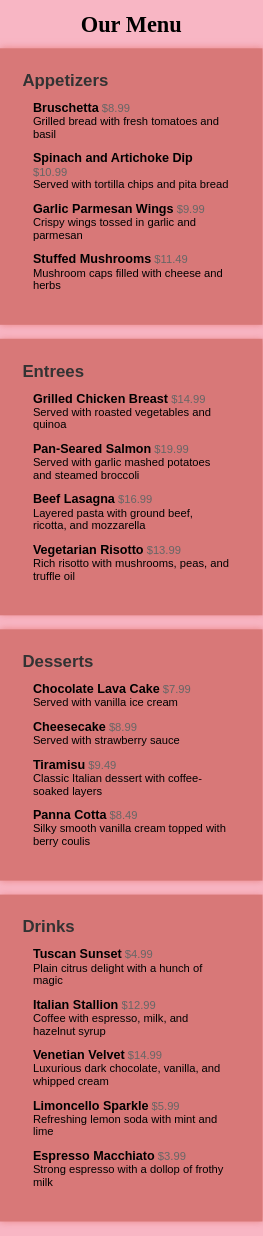
Repository: S12ahana/Food-Ordering-Website
Page: project1/Menu.html
The author's editor kept a copy of each file at every save. The page is drawn from the files as they stood at one save, then again after the next save.
The browser window is 375 px wide. The pictures show the part of the page from y = 0 to 2240 px (the page is 1766 px tall before and 2820 px after), at 70% of full size.

Above is the page before, as saved 2025-07-30 17:47:08.

After the next save:
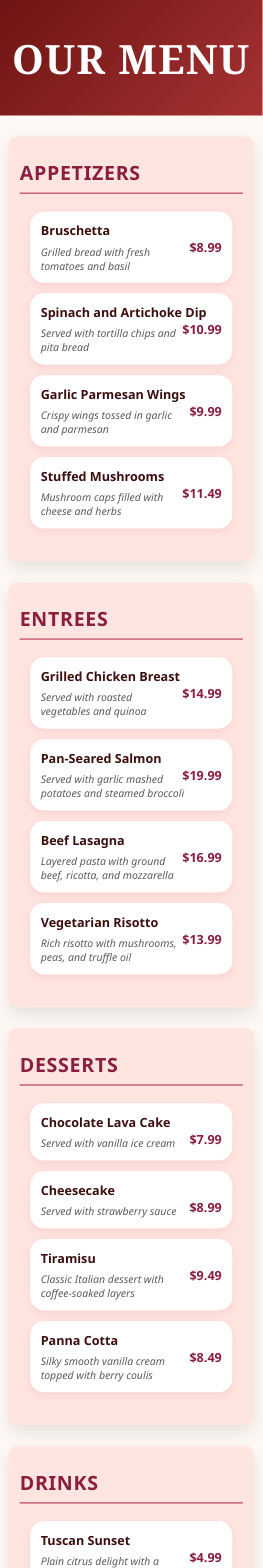
Saved 5 min 37 s later.
--- a/project1/Menu.html
+++ b/project1/Menu.html
@@ -158,42 +158,92 @@
 </html>
 <style>
     body {
-	font-family: Arial, sans-serif;
-	margin: 0;
-	padding: 0;
-    background-color: rgb(248,182,196);
-}
-header {
-	background-color: "charcoal";
-	color: "lavender";
-	padding: 1em;
-	text-align: center;
-    font-family:cursive;
-}
-.menu-section {
-	background-color: #d87878;
-	padding: 2em;
-	margin-bottom: 20px;
-	box-shadow: 0 0 10px rgba(232, 127,127,0.907);
-}
-h2 {
-	color: #333;
-	margin-top: 0;
-}
-ul {
-	list-style: none;
-	margin: 0;
-	padding: 0;
-}
-li {
-	margin-bottom: 20px;
-}
-.dish-name {
-	font-weight: bold;
-	font-size: 18px;
-}
-.price {
-	font-size: 16px;
-	color: #666;
-}
+        font-family: 'Segoe UI', Tahoma, Geneva, Verdana, sans-serif;
+        margin: 0;
+        padding: 0;
+        background-color: #fff9f5;
+        color: #333;
+    }
+
+    header {
+        background: linear-gradient(135deg, #6e1414, #a63232);
+        color: #fff;
+        padding: 1.5em 0;
+        text-align: center;
+        font-family: 'Georgia', serif;
+        letter-spacing: 2px;
+        font-size: 1.8em;
+        text-transform: uppercase;
+    }
+
+    .menu-section {
+        background-color: #ffe5e0;
+        padding: 3em 2em;
+        margin: 30px auto;
+        border-radius: 12px;
+        width: 85%;
+        max-width: 900px;
+        box-shadow: 0 10px 25px rgba(0, 0, 0, 0.1);
+    }
+
+    .menu-section h2 {
+        font-size: 28px;
+        color: #8b1e3f;
+        margin-bottom: 25px;
+        border-bottom: 2px solid #c75b70;
+        padding-bottom: 10px;
+        text-transform: uppercase;
+        letter-spacing: 1px;
+    }
+
+    ul {
+        list-style: none;
+        margin: 0;
+        padding: 0;
+    }
+
+    li {
+        margin-bottom: 30px;
+        padding: 15px;
+        background-color: #fff;
+        border-radius: 10px;
+        transition: transform 0.2s ease;
+        box-shadow: 0 4px 12px rgba(198, 91, 112, 0.15);
+    }
+
+    li:hover {
+        transform: scale(1.02);
+    }
+
+    .dish-name {
+        display: block;
+        font-weight: 600;
+        font-size: 20px;
+        color: #3c0f0f;
+    }
+
+    .price {
+        float: right;
+        font-size: 18px;
+        color: #8b1e3f;
+        font-weight: bold;
+    }
+
+    li p {
+        margin: 8px 0 0;
+        font-size: 15px;
+        color: #5c5c5c;
+        font-style: italic;
+    }
+
+    @media (max-width: 600px) {
+        .menu-section {
+            padding: 2em 1em;
+        }
+
+        .dish-name,
+        .price {
+            font-size: 18px;
+        }
+    }
 </style>
